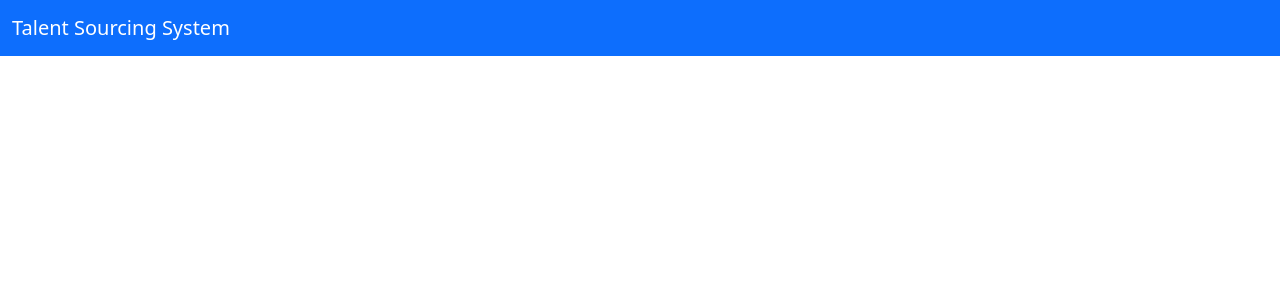
Repository: mfd10/talent-sourcing-system-frontend
Page: /
The author's editor kept a copy of each file at every save. The page is drawn from the files as they stood at one save, then again after the next save.
The browser window is 1280 px wide. The pictures show the whole page.
The project was rebuilt for these pictures with package versions that can differ from the ones it lists, and the page was loaded fresh each time.

Above is the page before, as saved 2022-11-10 23:30:03.

### src/App.js
import './App.css';
import "../node_modules/bootstrap/dist/css/bootstrap.min.css"
import Navbar from './layout/Navbar';

function App() {
  return (
    <div className="App">

      <Navbar></Navbar>
    </div>
  );
}

export default App;

### src/layout/Navbar.js
import React from "react";

export default function Navbar() {
  return (
    <div>
      <nav className="navbar navbar-expand-lg navbar-dark bg-primary">
        <div className="container-fluid">
          <a className="navbar-brand" href="#">
            Talent Sourcing System
          </a>
          <button
            className="navbar-toggler"
            type="button"
            data-bs-toggle="collapse"
            data-bs-target="#navbarSupportedContent"
            aria-controls="navbarSupportedContent"
            aria-expanded="false"
            aria-label="Toggle navigation"
          >
            <span className="navbar-toggler-icon"></span>
          </button>
        </div>
      </nav>
    </div>
  );
}

Loaded but not shown: public/index.html (common file); src/index.js (common file); src/index.css (common file); src/reportWebVitals.js (common file); src/App.css (common file)

After the next save:
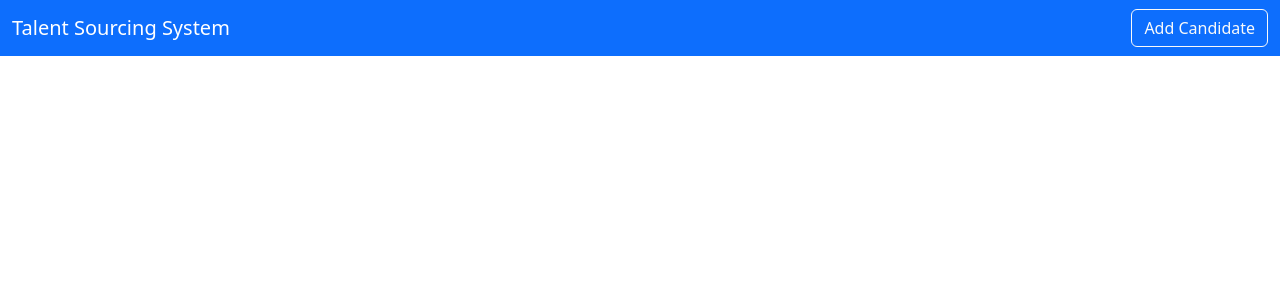
Saved 50 s later.
--- a/src/layout/Navbar.js
+++ b/src/layout/Navbar.js
@@ -19,6 +19,8 @@ export default function Navbar() {
           >
             <span className="navbar-toggler-icon"></span>
           </button>
+          <button className="btn btn-outline-light">Add Candidate
+          </button>
         </div>
       </nav>
     </div>
